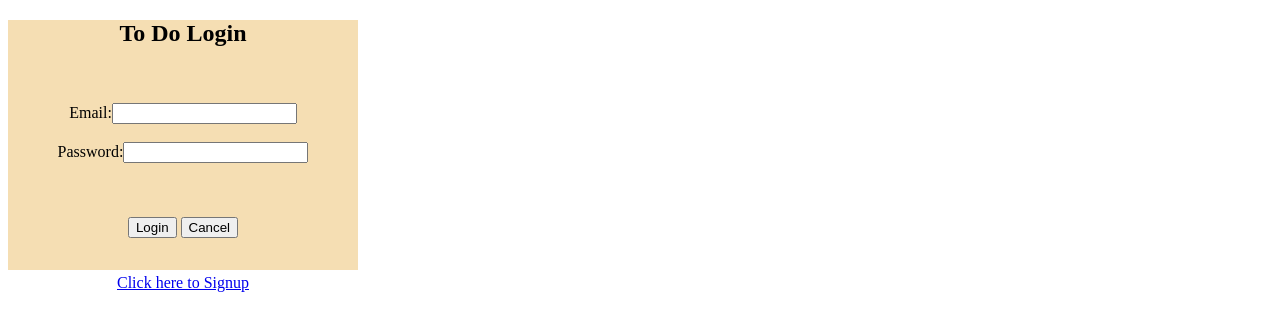
Repository: Spurthiv/todoapp
Page: Servlet_todo_app/src/main/webapp/Login.html
The author's editor kept a copy of each file at every save. The page is drawn from the files as they stood at one save, then again after the next save.
The browser window is 1280 px wide. The pictures show the whole page.

Above is the page before, as saved 2023-11-22 07:35:05.

### Servlet_todo_app/src/main/webapp/Login.html
<!DOCTYPE html>
<html>
<head>
<meta charset="ISO-8859-1">
<title>Insert title here</title>
</head>
    <style>
        form {
            height: 250px;
            width: 350px;
            background-color: wheat;
            text-decoration-color: blueviolet;
            text-align: center;
        }
        u{
			text-align: center;
		}
    </style>
<body>

<form action="" method="get">
        <legend><h2>To Do Login</h2></legend>
        <br><br>
        Email:<input type="email" name="email" /> <br><br>
        Password:<input type="text" name="pwd" /> <br><br><br /><br>
        <button type="submit" formaction="process">Login</button>
        <button type="reset" formaction="process">Cancel</button> <br><br><br>
        <a href="./Signup.html">Click here to Signup</a>
    </form>

</body>
</html>

After the next save:
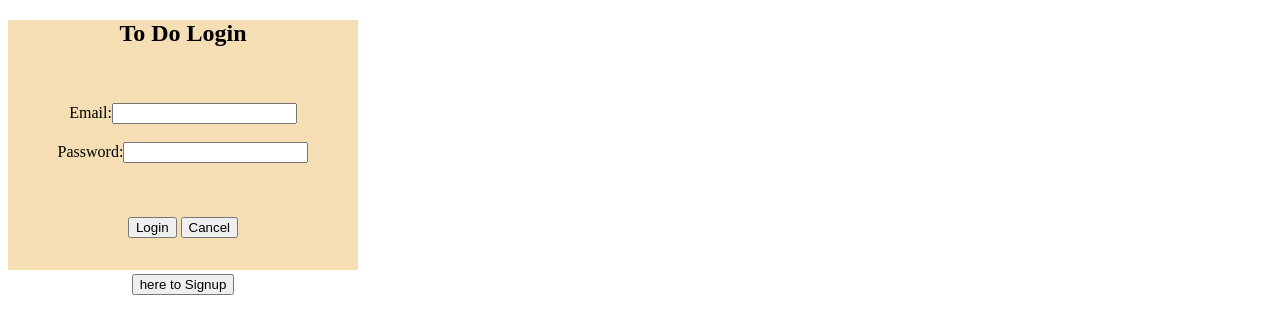
Saved 105 s later.
--- a/Servlet_todo_app/src/main/webapp/Login.html
+++ b/Servlet_todo_app/src/main/webapp/Login.html
@@ -25,7 +25,7 @@
         Password:<input type="text" name="pwd" /> <br><br><br /><br>
         <button type="submit" formaction="process">Login</button>
         <button type="reset" formaction="process">Cancel</button> <br><br><br>
-        <a href="./Signup.html">Click here to Signup</a>
+        <a href="./Signup.html"><button type="button"> here to Signup</button></a>
     </form>
 
 </body>
